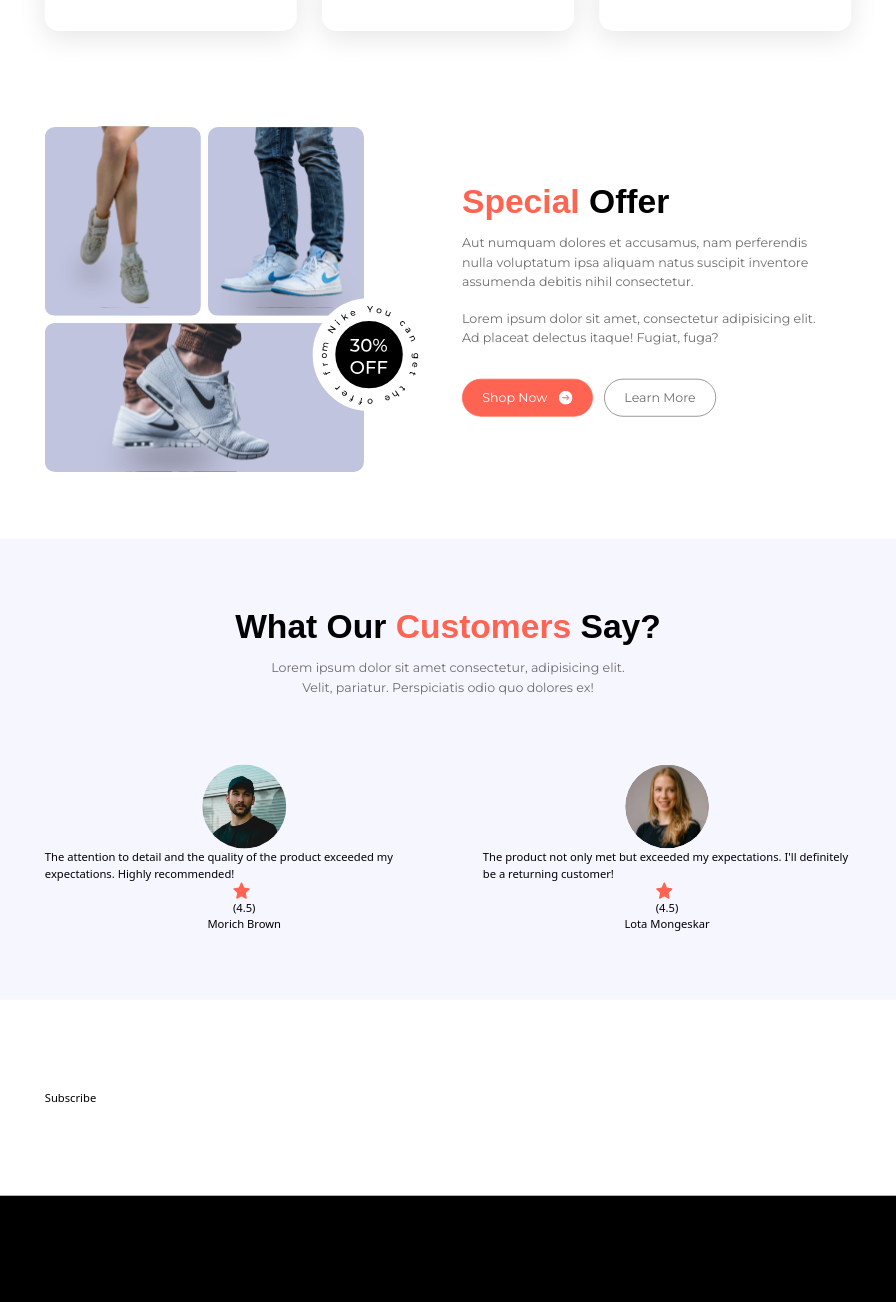
Repository: tynoschuck/nike-landpage
Page: /
An editor plug-in stored every save of this project. The page is shown before and after the next save, followed by the edit.
The browser window is 1280 px wide. The pictures show the part of the page from y = 2663 to 4583 px (the page is 4523 px tall before and 4583 px after), at 70% of full size.
Some web fonts or font styles are not loaded; a fallback is used. The project was rebuilt for these pictures with package versions that can differ from the ones it lists, and the page was loaded fresh each time. Also part of the build but not shown: vite.config.js.

Above is the page before, as saved 2023-12-01 12:23:23.

After the next save:
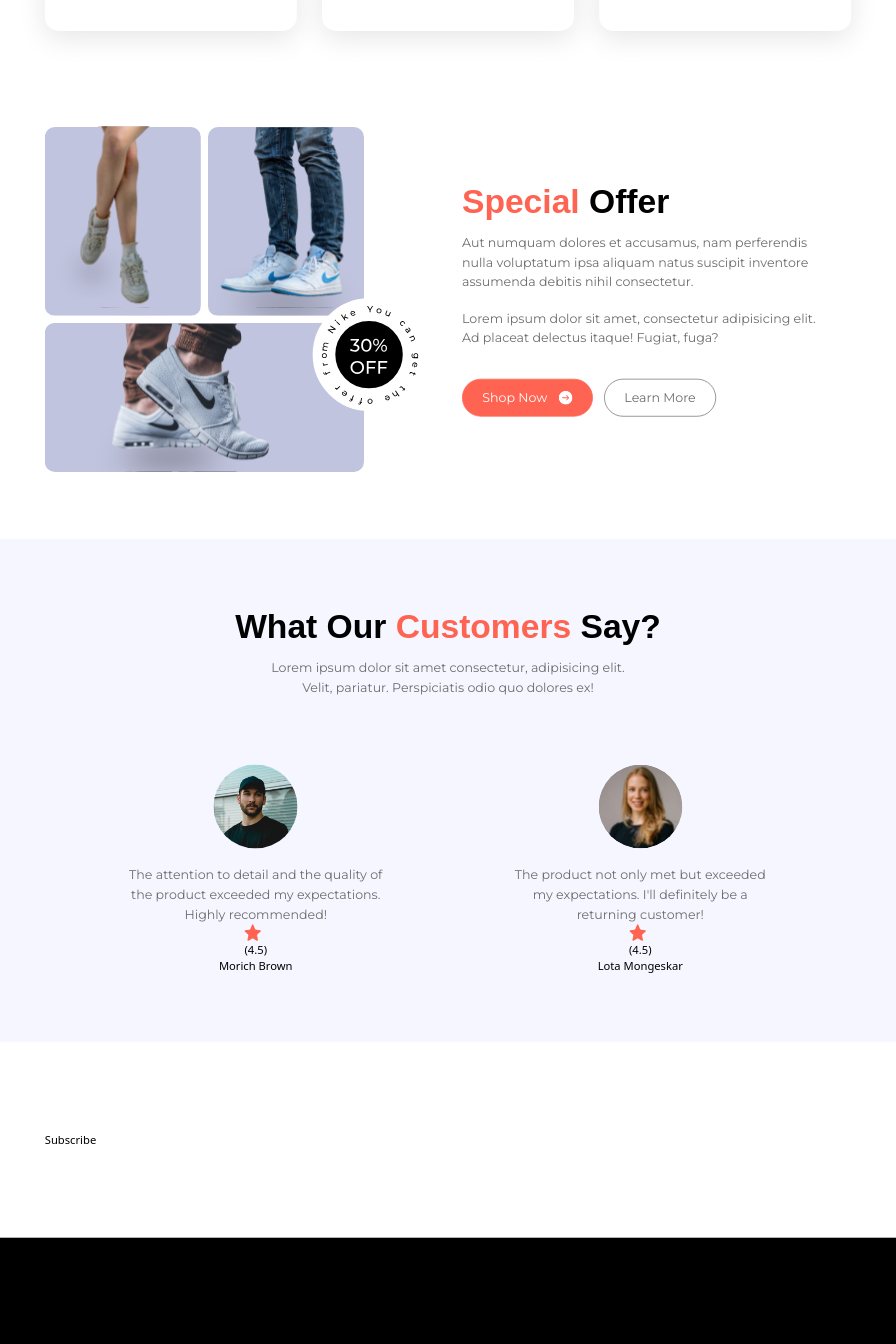
Saved 32 s later.
--- a/src/components/ReviewCard.jsx
+++ b/src/components/ReviewCard.jsx
@@ -10,7 +10,7 @@
         width={120}
         height={120}
       />
-      <p>{feedback}</p>
+      <p className="mt-6 max-w-sm text-center info-text">{feedback}</p>
       <div>
         <img
         src={star}
